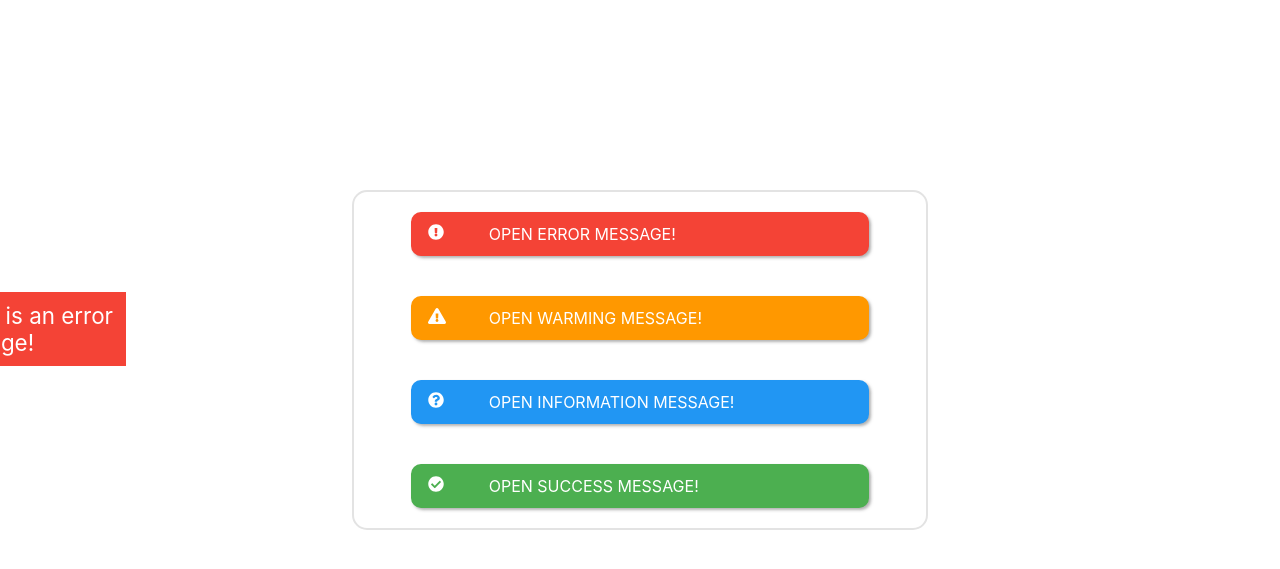
Repository: KrzysKolo/sr_tydzien5_zad2
Page: /, after clicking the first element matching `div.btn`
These files come from the project's save history. The page is drawn as it stood at one moment and after the next save; the edit follows.
The browser window is 1280 px wide. The pictures show the whole page.
The project was rebuilt for these pictures with package versions that can differ from the ones it lists, and the page was loaded fresh each time.

Above is the page before, as saved 2020-12-28 04:12:48.

### public/index.html
<!DOCTYPE html>
<html lang="en">
  <head>
    <meta charset="utf-8" />
    <link rel="icon" href="%PUBLIC_URL%/favicon.ico" />
    <meta name="viewport" content="width=device-width, initial-scale=1" />
    <meta name="theme-color" content="#000000" />
    <meta
      name="description"
      content="Web site created using create-react-app"
    />
    <link rel="apple-touch-icon" href="%PUBLIC_URL%/logo192.png" />
    <!--
      manifest.json provides metadata used when your web app is installed on a
      user's mobile device or desktop. See https://developers.google.com/web/fundamentals/web-app-manifest/
    -->
    <link rel="manifest" href="%PUBLIC_URL%/manifest.json" />
    <!--
      Notice the use of %PUBLIC_URL% in the tags above.
      It will be replaced with the URL of the `public` folder during the build.
      Only files inside the `public` folder can be referenced from the HTML.

      Unlike "/favicon.ico" or "favicon.ico", "%PUBLIC_URL%/favicon.ico" will
      work correctly both with client-side routing and a non-root public URL.
      Learn how to configure a non-root public URL by running `npm run build`.
    -->
    <title>Zad 2 - snackbar</title>
  </head>
  <body>
    <noscript>You need to enable JavaScript to run this app.</noscript>
    <div id="root"></div>
    <!--
      This HTML file is a template.
      If you open it directly in the browser, you will see an empty page.

      You can add webfonts, meta tags, or analytics to this file.
      The build step will place the bundled scripts into the <body> tag.

      To begin the development, run `npm start` or `yarn start`.
      To create a production bundle, use `npm run build` or `yarn build`.
    -->
  </body>
</html>

### src/App.js
import React from 'react';
import Buttons from './components/Buttons';
import './App.css';
const App = () => {
  return (
    <div className="wrapper--btn">
      <Buttons />
    </div>
  )
}

export default App;

### src/components/Buttons.js
import React from 'react';
import ButtonsData from './../data/ButtonsData';
import Button from './Button';


const Buttons = () => {

    return (
        <>
            {ButtonsData.map(button =>
                <Button key={button.id} data={button} />
            )}

        </>
    )
}

export default Buttons;

### src/App.css
* {
  box-sizing: border-box;
  margin: 0;
  position: relative;
}
body {
  width: 100vw;
  height: 100vh;
  display: flex;
  flex-direction: row;
  justify-content: center;
  align-items: center;
  position: relative;
}
.wrapper--btn {
  border: 2px solid #e3e3e3;
  border-radius: 15px;
  width: 45vw;
  display: flex;
  flex-direction: column;
  justify-content: center;
  align-items: center;
}
.btn {
  border-radius: 10px;
  color: rgb(240, 239, 244);
  cursor: pointer;
  outline: none;
  padding: 10px 15px;
  margin: 20px;
  width: 80%;
  display: grid;
  grid-template-columns: 0.5fr 3fr;
  box-shadow: 2px 2px 3px rgba(102, 102, 102, 0.5);
  transition: all 0.3s ease-in-out;
}
.snackbar {
  position: absolute;
  font-size: 1.4rem;
  width: 200px;
  padding: 10px 6px;
}
.error {
  color: white;
  background: rgb(244, 67, 54);
}

.success {
  color: rgb(124, 0, 0);
  background: rgb(76, 175, 80);
}
.information {
  color: yellow;
  background: rgb(33, 150, 243);
}

.warning {
  background: rgb(255, 152, 0);
  color: black;
}
.top-right {
  position: absolute;
  top: 100px;
  right: 800px;
}

### src/data/ButtonsData.js
const ButtonsData = [
    {
      id: 0,
      name: "OPEN ERROR MESSAGE!",
      color: "rgb(244, 67, 54)",
      icon: "faExclamationCircle",
      type: "error",
      message: "This is an error message!",
    },
    {
      id: 1,
      name: "OPEN WARMING MESSAGE!",
      color: "rgb(255, 152, 0)",
      icon: "faExclamationTriangle",
      type: "warning",
      message: "This is a warning message!",
    },
    {
      id: 2,
      name: "OPEN INFORMATION MESSAGE!",
      color: "rgb(33, 150, 243)",
      icon: "faQuestionCircle",
      type: "information",
      message: "This is an information message!",
    },
    {
      id: 3,
      name: "OPEN SUCCESS MESSAGE!",
      color: "rgb(76, 175, 80)",
      icon: "faCheckCircle",
      type: "success",
      message: "This is a success message!",
    },

  ]
 export default ButtonsData;

### src/components/Button.js
import React, { useState } from 'react';
import Icons from './Icons';
import Snackbar from './Snackbar';


const Button = ({data } ) => {

    const [isHover, setIsHover] = useState(false);
    const OutStyle = {
        border: `2px solid ${data.color}`,
        background: data.color,
        color: "#fff",
      };

      const OverStyle = {
        border: `2px solid ${data.color}`,
        backgroundColor: "#fff",
        color: data.color,

      };
    const [shownSnackbar, setShownSnackbar] = useState(false);
    const handleClick = () => {

        setShownSnackbar(true);

    };
    return (
        <>

        <div className="btn"
        /* onClick={() => switchFunction(event)} */
        onClick={handleClick}
        style={isHover ? OverStyle : OutStyle}
        onMouseOver={() => setIsHover(true)}
        onMouseOut={() => setIsHover(false)}>
            <Icons icon={data.icon}/>
             {data.name}
        </div>
        {shownSnackbar && <Snackbar type={data.type} position={"top-right"} message={data.message} icon={data.icon} />}
        </>
    )
}

export default Button;

### src/components/Icons.js
import React from 'react';
import { FontAwesomeIcon } from '@fortawesome/react-fontawesome';
import { faCheckCircle, faQuestionCircle, faExclamationTriangle, faExclamationCircle } from '@fortawesome/free-solid-svg-icons';

const Icons = ({icon}) => {

        switch (icon) {
            case 'faExclamationCircle': return <FontAwesomeIcon icon={faExclamationCircle} />;
            case 'faExclamationTriangle': return <FontAwesomeIcon icon={faExclamationTriangle} />;
            case 'faQuestionCircle': return <FontAwesomeIcon icon={faQuestionCircle} />;
            case 'faCheckCircle': return <FontAwesomeIcon icon={faCheckCircle} />;
            default: return null;
            }



}

export default Icons;

### src/components/Snackbar.js
import React from 'react';
import Icons from './Icons';
const Snackbar = ({type, message, icon, position}) => {
    return (
        <div className={`snackbar ${type} ${position}`}>
           <Icons icon={icon} />{message}
        </div>
    )
}

export default Snackbar

Loaded but not shown: src/index.js (common file); src/index.css (common file)

After the next save:
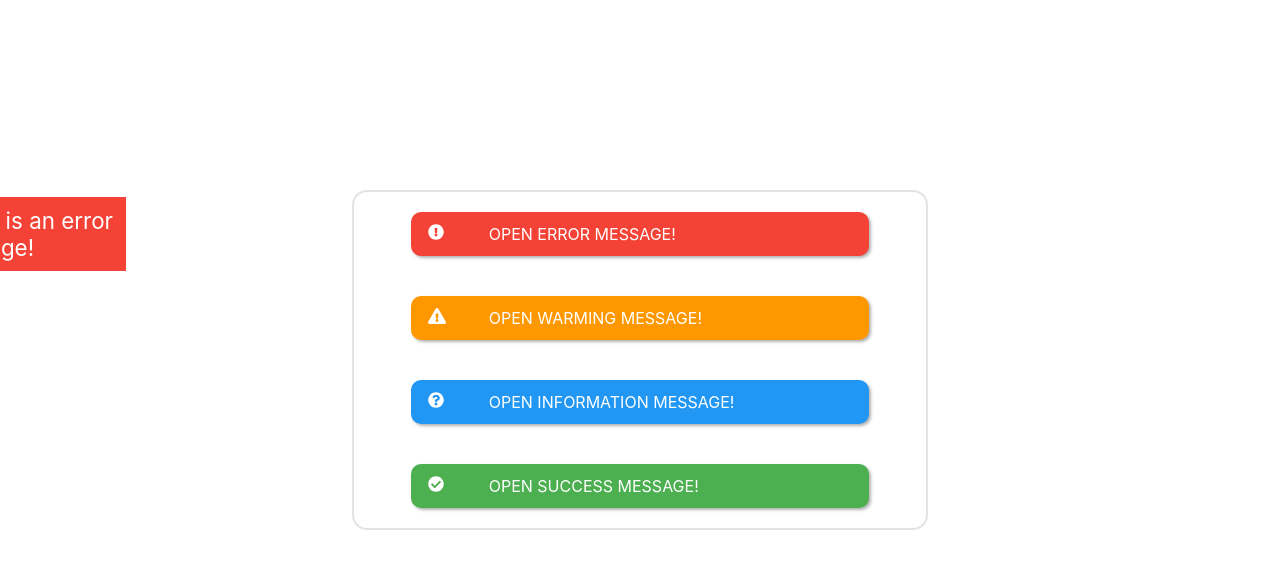
Saved 16 s later.
--- a/src/App.css
+++ b/src/App.css
@@ -60,6 +60,6 @@ body {
 }
 .top-right {
   position: absolute;
-  top: 100px;
+  top: 5px;
   right: 800px;
 }
